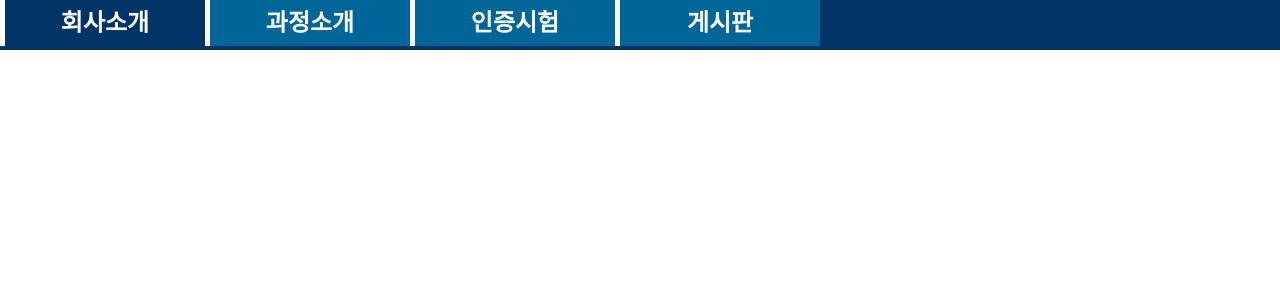
Repository: gyetol/web
Page: 4_11_web/CSS/WebContent/index.html
These files come from the project's save history. The page is drawn as it stood at one moment and after the next save; the edit follows.
The browser window is 1280 px wide. The pictures show the whole page.

Above is the page before, as saved 2020-04-11 08:42:15.

After the next save:
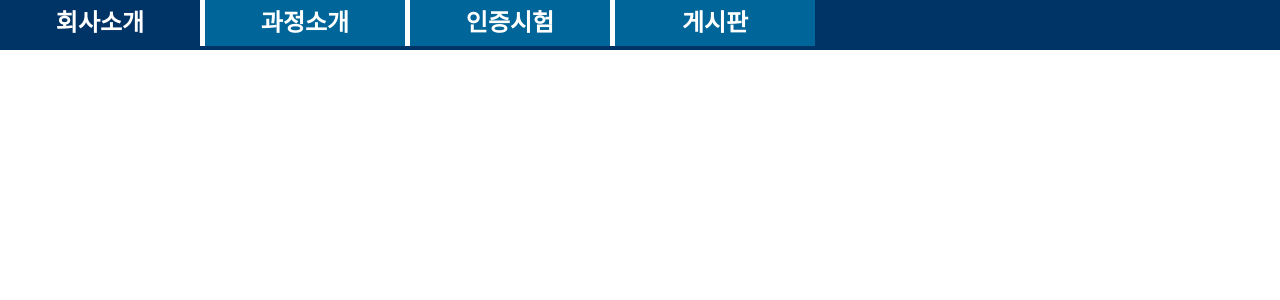
Saved 77 s later.
--- a/4_11_web/CSS/WebContent/css/style.css
+++ b/4_11_web/CSS/WebContent/css/style.css
@@ -21,7 +21,7 @@ body>ul>li{
 	text-align:center;
 	border-left:5px solid #ffffff
 }
-
+body>ul>li:first-child{border-left:none;}
 ul>li>ul>li{
 	visibility:visible;
 	font-weight:normal;
